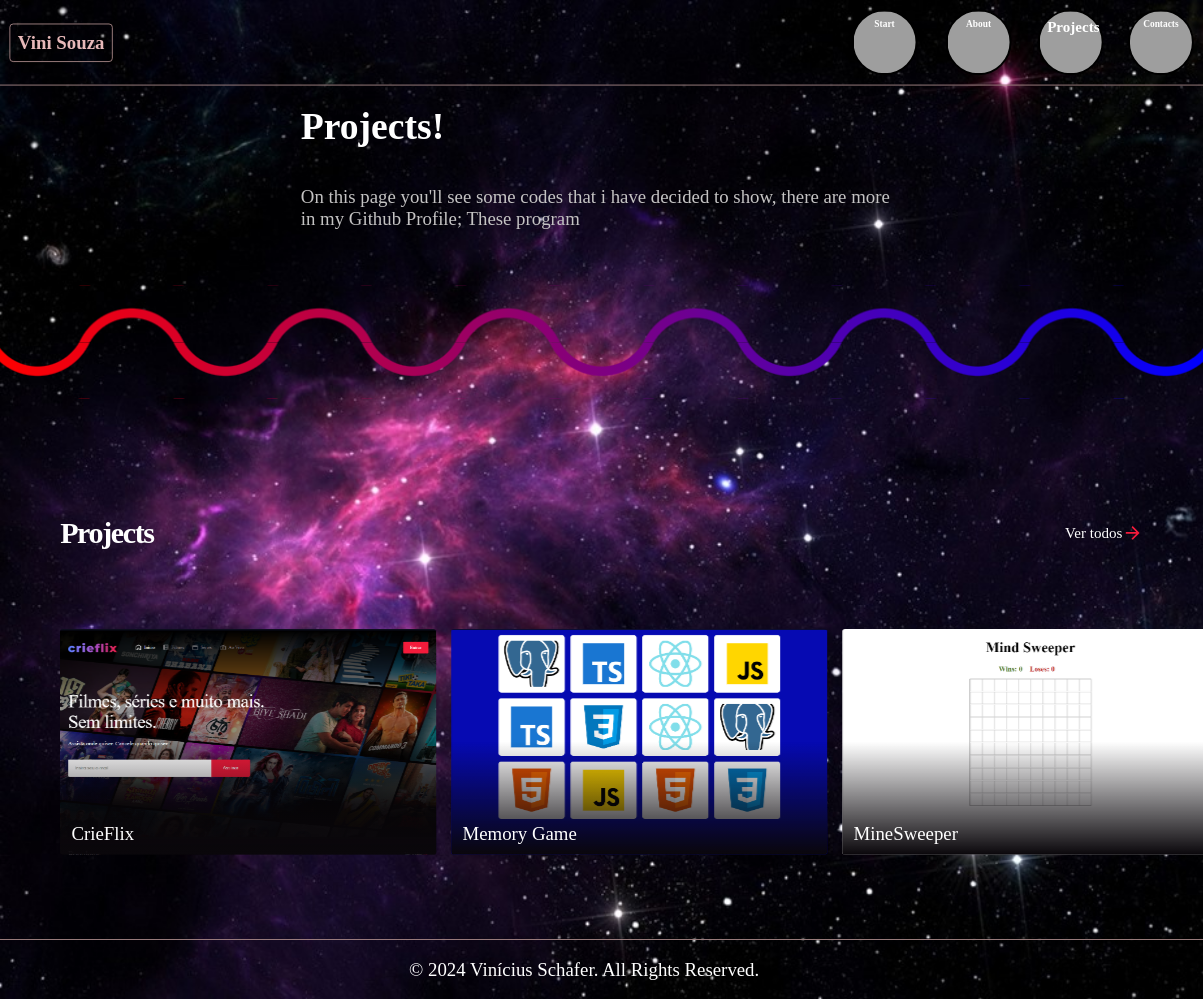
Repository: ViniSouza32/ViniSouza32.github.io
Page: ProjectsScreen/index.html
An editor plug-in stored every save of this project. The page is shown before and after a run of saves, followed by the edit.
The browser window is 1280 px wide. The pictures show the whole page, at 94% of full size.
Pictures or frames that could not be fetched are drawn as grey boxes.

Above is the page before, as saved 2024-08-26 01:18:04.

After the next 4 saves:
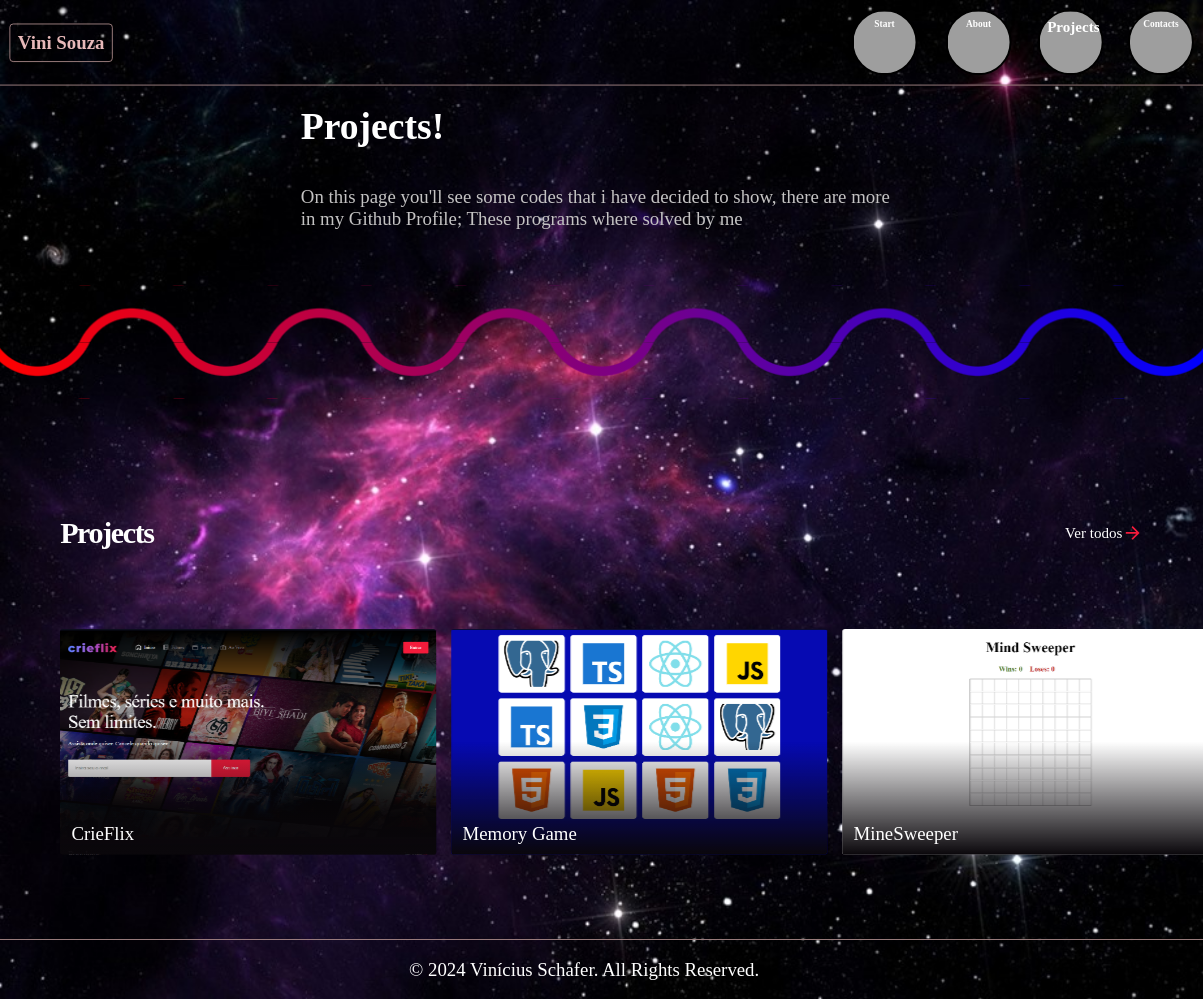
The 4 saves are shown as one change because they came seconds apart.
The last was saved 13 s later.
--- a/ProjectsScreen/index.html
+++ b/ProjectsScreen/index.html
@@ -50,7 +50,7 @@
 
       <p class="desc-text">
         On this page you'll see some codes that i have decided to show,
-        there are more in my Github Profile; These program
+        there are more in my Github Profile; These programs where solved by me
       </p>
     </div>
     <div class="box"></div>
